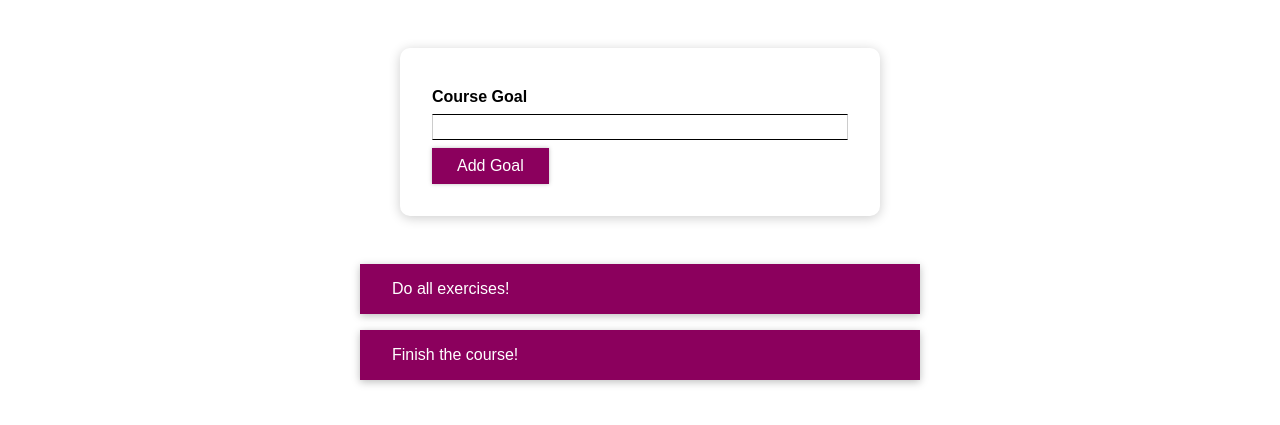
Repository: NamalPathirana/01-starting-project
Page: /
An editor plug-in stored every save of this project. The page is shown before and after the next save, followed by the edit.
The browser window is 1280 px wide. The pictures show the whole page.
The project was rebuilt for these pictures with package versions that can differ from the ones it lists, and the page was loaded fresh each time.

Above is the page before, as saved 2021-11-23 05:01:22.

### src/components/CourseGoals/CourseInput/CourseInput.js
import React, { useState } from 'react';

import Button from '../../UI/Button/Button';
import './CourseInput.css';

const CourseInput = props => {
  const [enteredValue, setEnteredValue] = useState('');
  const [isValid,setIsValid] = useState(true);

  const goalInputChangeHandler = event => {
    setEnteredValue(event.target.value);
  };

  const formSubmitHandler = event => {
    event.preventDefault();
    if(enteredValue.trim().length === 0)
    {
      setIsValid(false);
      return;
    }
    props.onAddGoal(enteredValue);
  };

  return (
    <form onSubmit={formSubmitHandler}>
      <div className="form-control">
        <label style={{color:!isValid?'red':'black'}}>Course Goal</label>
        <input type="text" style={{borderBlockColor:!isValid?'red':'black',backgroundColor:!isValid?'light-red':'default'}} onChange={goalInputChangeHandler} />
      </div>
      <Button type="submit">Add Goal</Button>
    </form>
  );
};

export default CourseInput;

Loaded but not shown: public/index.html (common file); src/index.js (common file); src/index.css (common file); src/App.js (common file); src/components/CourseGoals/CourseGoalList/CourseGoalList.js (common file); src/App.css (common file); src/components/CourseGoals/CourseGoalItem/CourseGoalItem.js (common file); src/components/CourseGoals/CourseGoalList/CourseGoalList.css (common file); src/components/UI/Button/Button.js (common file); src/components/CourseGoals/CourseInput/CourseInput.css (common file); src/components/CourseGoals/CourseGoalItem/CourseGoalItem.css (common file); src/components/UI/Button/Button.css (common file)

After the next save:
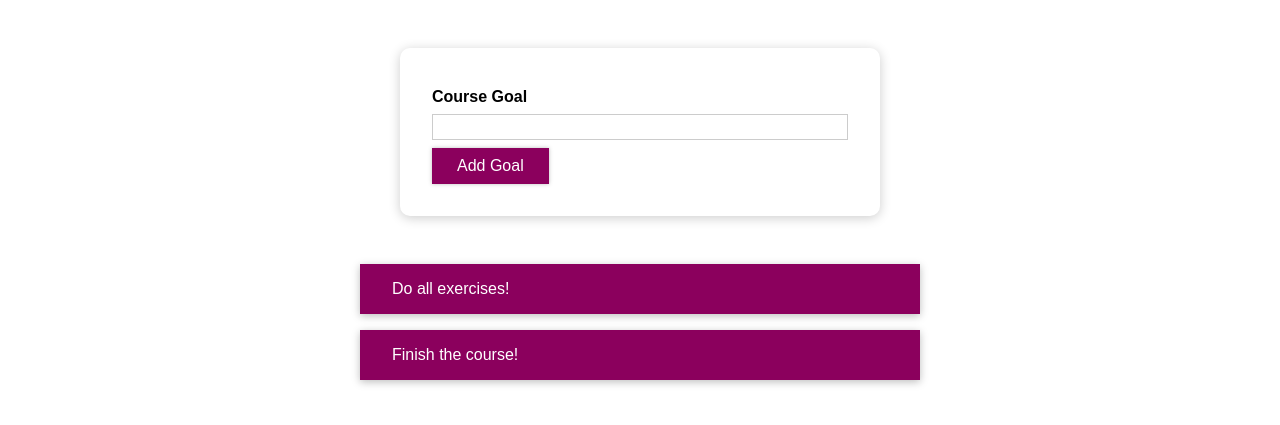
Saved 12 s later.
--- a/src/components/CourseGoals/CourseInput/CourseInput.js
+++ b/src/components/CourseGoals/CourseInput/CourseInput.js
@@ -25,7 +25,7 @@ const CourseInput = props => {
     <form onSubmit={formSubmitHandler}>
       <div className="form-control">
         <label style={{color:!isValid?'red':'black'}}>Course Goal</label>
-        <input type="text" style={{borderBlockColor:!isValid?'red':'black',backgroundColor:!isValid?'light-red':'default'}} onChange={goalInputChangeHandler} />
+        <input type="text" style={{borderBlockColor:!isValid?'red':'default',backgroundColor:!isValid?'light-red':'default'}} onChange={goalInputChangeHandler} />
       </div>
       <Button type="submit">Add Goal</Button>
     </form>
